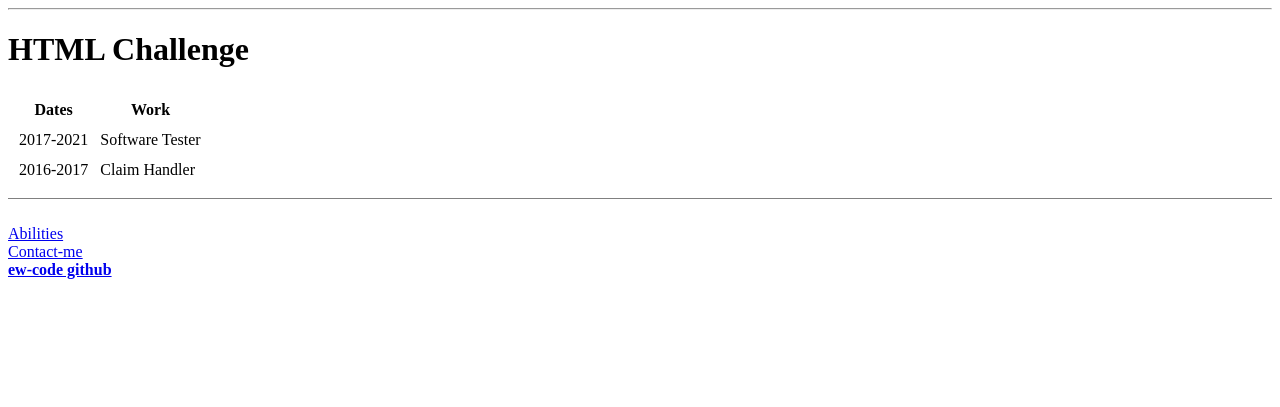
Repository: ew-code/Web-Development
Page: HTML - Personal Site/index copy.html
The author's editor kept a copy of each file at every save. The page is drawn from the files as they stood at one save, then again after a run of saves.
The browser window is 1280 px wide. The pictures show the whole page.

Above is the page before, as saved 2021-01-05 18:12:19.

After the next 2 saves:
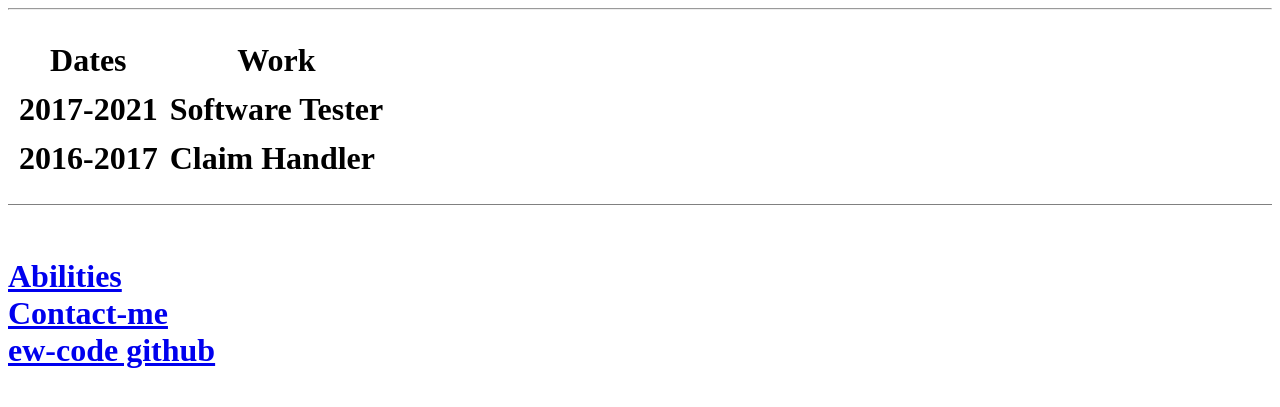
The 2 saves are shown as one change because they came seconds apart.
The last was saved 7 s later.
--- a/HTML - Personal Site/index copy.html
+++ b/HTML - Personal Site/index copy.html
@@ -8,7 +8,7 @@
 
   <hr>
 
-  <h1>HTML Challenge</h1>
+  <h1><strong Challenge</h1>
   <table cellspacing="10">
     <thead>
       <tr>

After the 3 saves that followed:
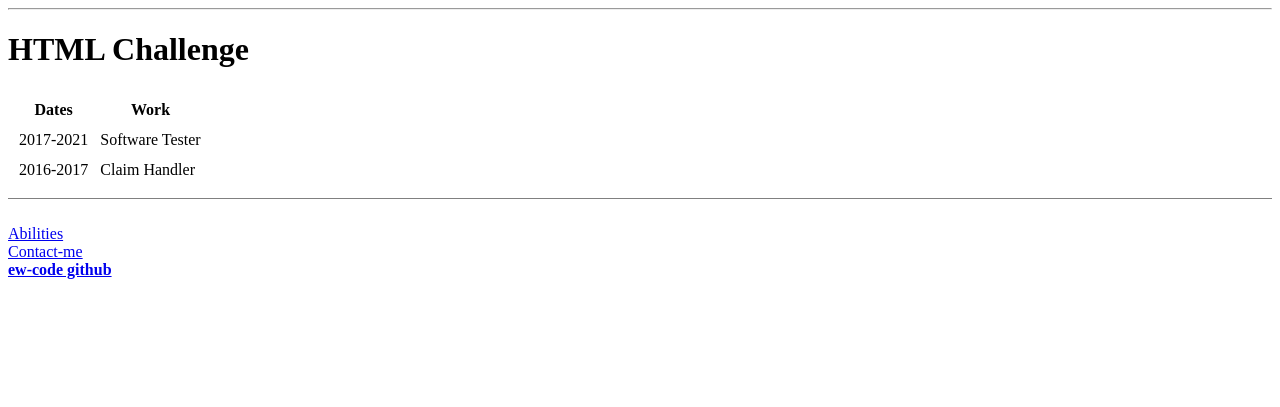
The 3 saves are shown as one change because 1 left the picture as it was and some came seconds apart.
The last was saved 13 s later.
--- a/HTML - Personal Site/index copy.html
+++ b/HTML - Personal Site/index copy.html
@@ -8,7 +8,7 @@
 
   <hr>
 
-  <h1><strong Challenge</h1>
+  <h1><strong></strong> HTML Challenge</h1>
   <table cellspacing="10">
     <thead>
       <tr>
